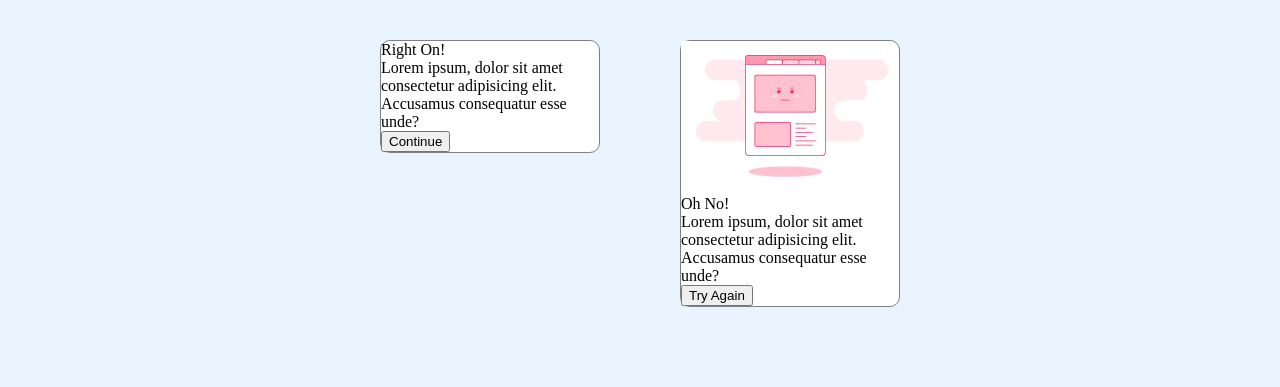
Repository: giahuy405/flash_message_BEM
Page: index.html
The author's editor kept a copy of each file at every save. The page is drawn from the files as they stood at one save, then again after the next save.
The browser window is 1280 px wide. The pictures show the whole page.

Above is the page before, as saved 2022-09-06 02:28:32.

### index.html
<!DOCTYPE html>
<html lang="en">
<head>
    <meta charset="UTF-8">
    <meta http-equiv="X-UA-Compatible" content="IE=edge">
    <meta name="viewport" content="width=device-width, initial-scale=1.0">
    <title>Document</title>
    <link rel="stylesheet" href="css/index.css">
</head>
<body>
        <!--
        code về phần flash message và áp dụng BEM Block Element Modifier
        Ví dụ :
        Laptop là Block ( 1 khối lớn )

        Thì các Element ( thành phần ) sẽ là : keyboard, mouse, screen, touch-pad
        Block Element : Laptop__keyboard, Laptop__mouse....

        Modifer ( biến thể khác ) sẽ là : loại của chúng như to, nhỏ, hãng,...
        Block Modifier : Laptop--big, Laptop--small,
        Block Element Modifier : Laptop__keyboard--apple , Laptop__touch-pad--smooth,...
    -->
        <!-- Block: flash message
        Element: img, title, desc (description), button
        Modifier: primary, secondary

        Block 1 & block 2
        flash-message
        flash-message__img, flash-message__title, flash-message__desc, flash-message__button

        Block 1: flash-message__title--primary -->


        <div class="container">
            <div class="flash-message__padding">
                <div class="flash-message">
                    <div class="flash-message__img">

                    </div>
                    <div class="flash-message__title">
                        Right On!
                    </div>
                    <div class="flash-message__desc">
                        Lorem ipsum, dolor sit amet consectetur adipisicing elit. Accusamus consequatur esse unde?
                    </div>
                    <button class="flash-message__button">Continue</button>
                </div>
            </div>
            <div class="flash-message__padding">

                    <div class="flash-message">
                        <div class="flash-message__img">
                            <img src="./ui_ux_pink.jpg" alt="">
                        </div>
                        <div class="flash-message__title">
                            Oh No!
                        </div>
                        <div class="flash-message__desc">
                            Lorem ipsum, dolor sit amet consectetur adipisicing elit. Accusamus consequatur esse unde?
                        </div>
                        <button class="flash-message__button">Try Again</button>
                    </div>

            </div>
             <div class="clear"></div>
        </div>

</body>
</html>

### css/index.css
*{
    box-sizing: border-box;
}
body{
    padding: 0;
    margin: 0;
    background-color: #e8f3fe;
}
.clear{
    clear: both;
}
.container{
    width: 600px;
    height: auto;
    margin: 0 auto;
}
 .flash-message__padding{
    float: left;
    width: 50%;

    padding: 40px;
}
.flash-message{
    border: 1px solid gray;
    background-color: white;
    border-radius: 10px;

}

After the next save:
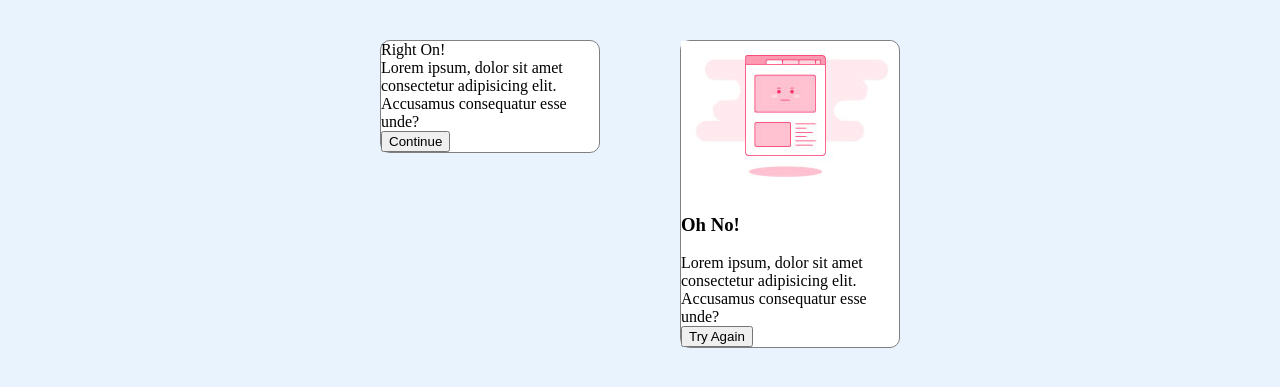
Saved 23 s later.
--- a/index.html
+++ b/index.html
@@ -53,7 +53,7 @@
                             <img src="./ui_ux_pink.jpg" alt="">
                         </div>
                         <div class="flash-message__title">
-                            Oh No!
+                            <h3>Oh No!</h3>
                         </div>
                         <div class="flash-message__desc">
                             Lorem ipsum, dolor sit amet consectetur adipisicing elit. Accusamus consequatur esse unde?
